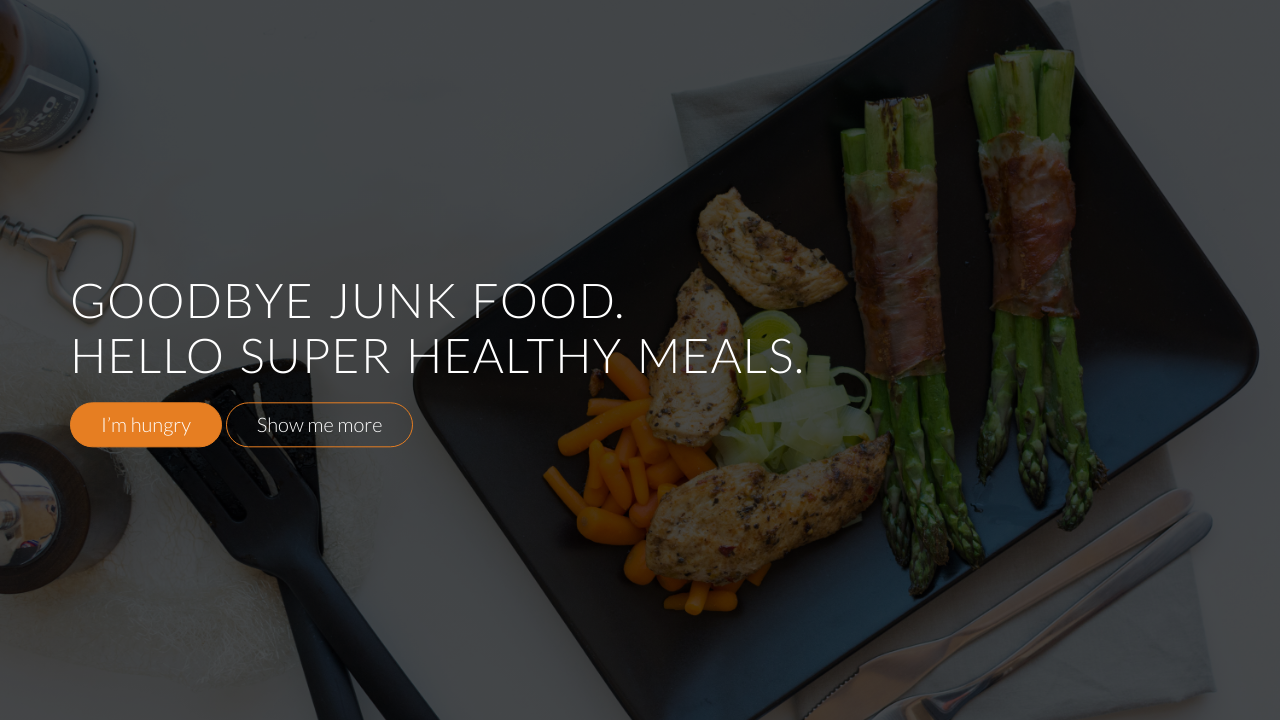
Repository: MalgorzataMazur/Omnifood
Page: index.html
These files come from the project's save history. The page is drawn as it stood at one moment and after the next save; the edit follows.
The browser window is 1280 px wide. The pictures show the whole page.

Above is the page before, as saved 2019-10-23 21:10:25.

After the next save:
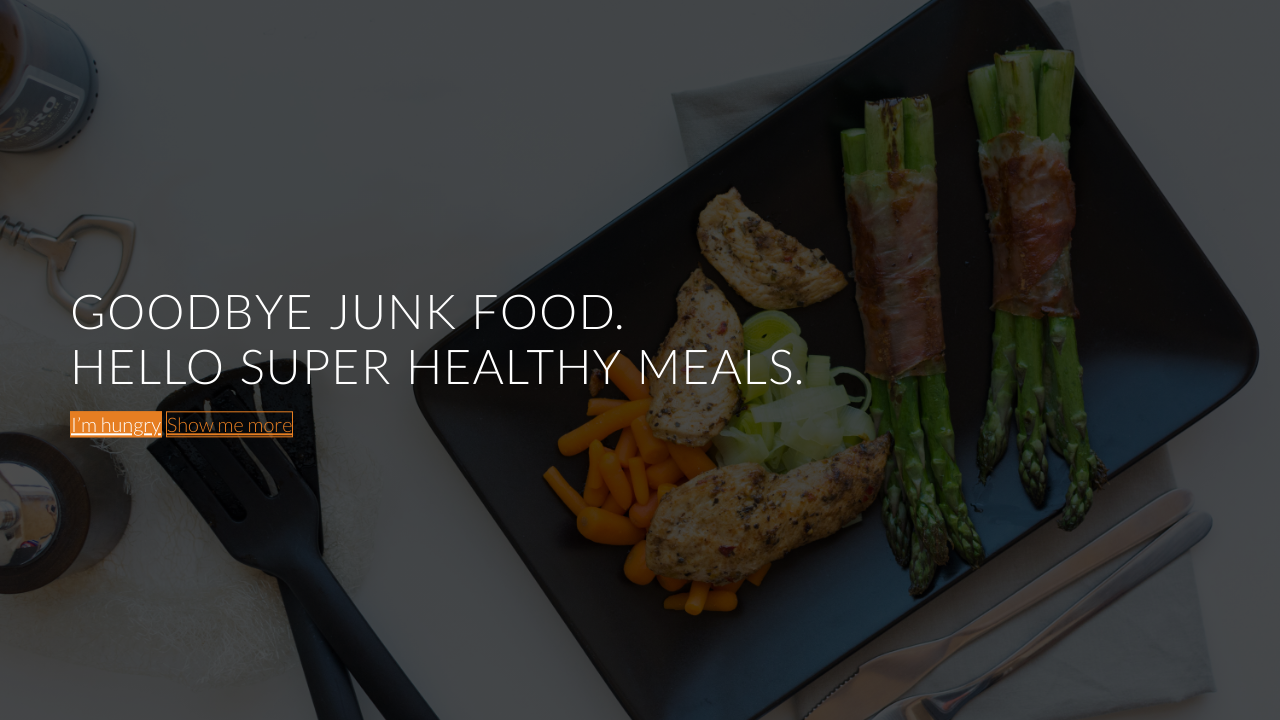
Saved 98 s later.
--- a/resources/css/style.css
+++ b/resources/css/style.css
@@ -43,7 +43,7 @@
     letter-spacing: 1px;
     word-spacing: 4px;
 }
-.btn:link {   /* how element loks in the normal state, we use pseudo clasess it means the a element in its normal state*/
+.btn:link, /*visited link should looklike */ {   /* how element loks in the normal state, we use pseudo clasess it means the a element in its normal state*/
     display: inline-block;
     padding: 10px 30px;
     font-weight: 300;

After the 3 saves that followed:
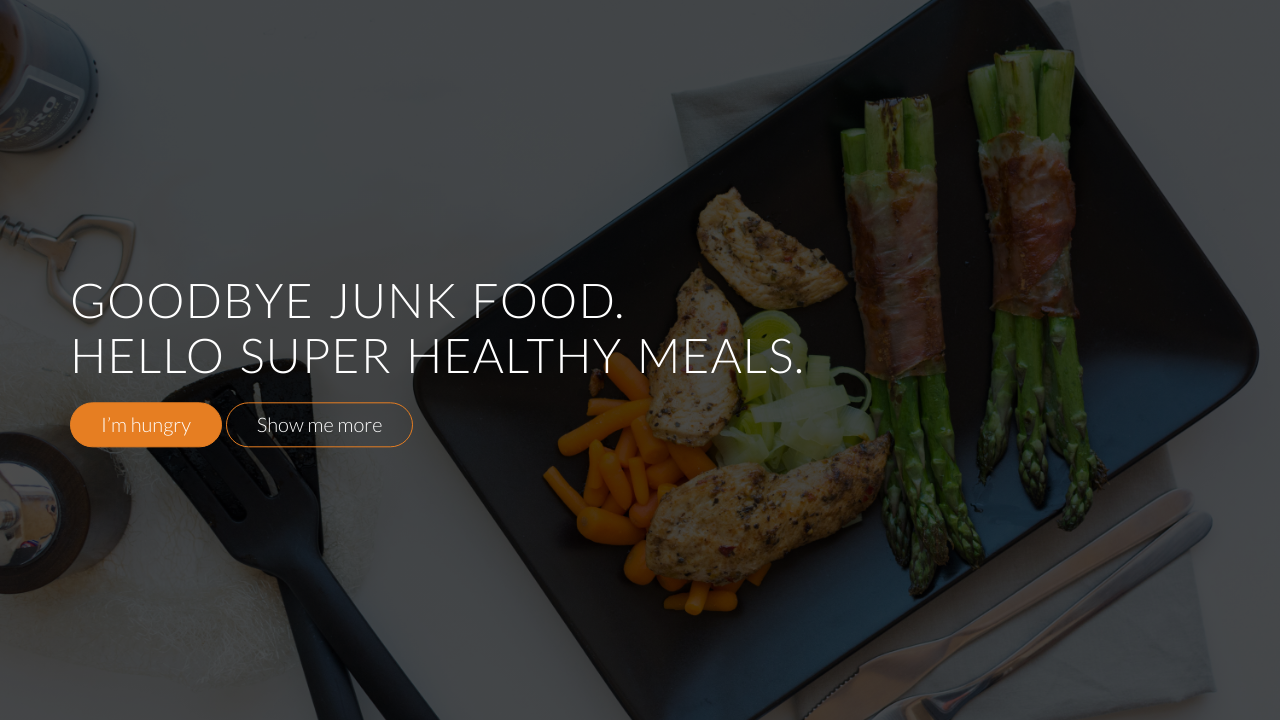
The 3 saves are shown as one change because 2 left the picture as it was.
The last was saved 2 min 35 s later.
--- a/resources/css/style.css
+++ b/resources/css/style.css
@@ -43,7 +43,9 @@
     letter-spacing: 1px;
     word-spacing: 4px;
 }
-.btn:link, /*visited link should looklike */ {   /* how element loks in the normal state, we use pseudo clasess it means the a element in its normal state*/
+ /*visited link should look just like the normal links in their normla state */
+.btn:link,
+.btn:visited {   /* how element loks in the normal state, we use pseudo clasess it means the a element in its normal state*/
     display: inline-block;
     padding: 10px 30px;
     font-weight: 300;
